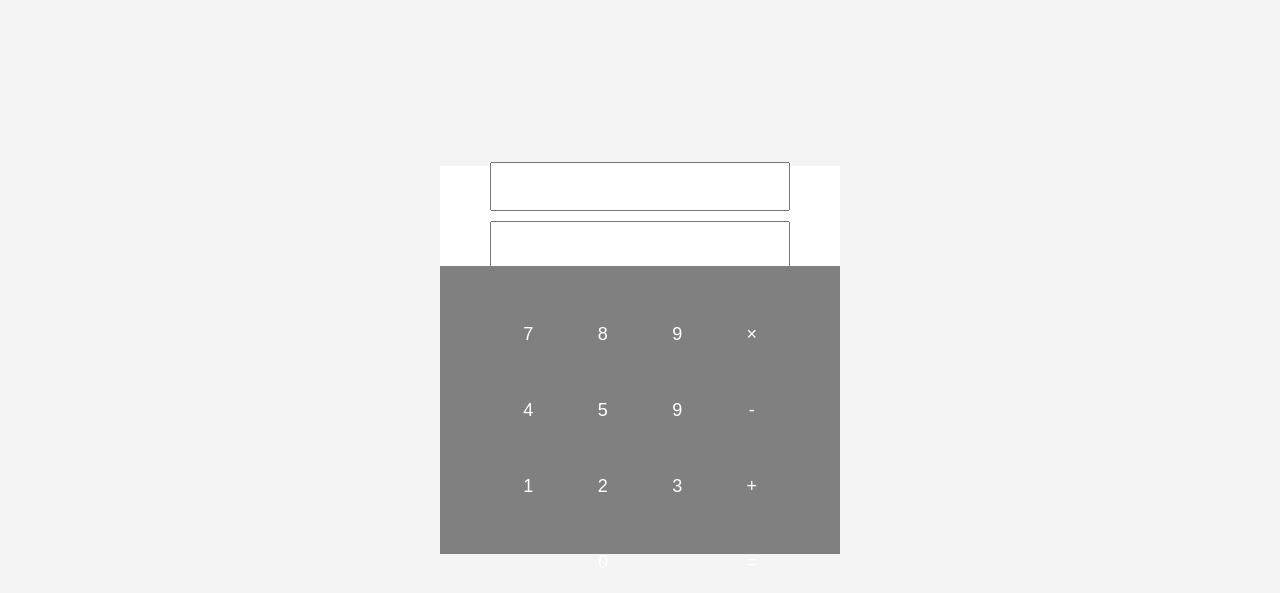
Repository: DNature/calc
Page: index.html
An editor plug-in stored every save of this project. The page is shown before and after the next save, followed by the edit.
The browser window is 1280 px wide. The pictures show the whole page.

Above is the page before, as saved 2019-11-21 00:06:32.

### index.html
<!DOCTYPE html>
<html lang="en">
  <head>
    <meta charset="UTF-8" />
    <meta name="viewport" content="width=device-width, initial-scale=1.0" />
    <meta http-equiv="X-UA-Compatible" content="ie=edge" />
    <link rel="stylesheet" href="css/style.css" />
    <title>Calculator</title>
  </head>
  <body>
    <div class="calculator">
      <div class="output">
        <input type="number" id="subField" class="display" />
        <input type="number" id="mainField" class="display" />
      </div>

      <div class="inputs">
        <div class="row">
          <button id="" class="button">C</button>
          <button id="" class="button">CE</button>
          <button id="" class="button">%</button>
          <button id="" class="button">&#247;</button>
        </div>
        <div class="row">
          <button id="" class="button">7</button>
          <button id="" class="button">8</button>
          <button id="" class="button">9</button>
          <button id="" class="button">&times;</button>
        </div>
        <div class="row">
          <button id="" class="button">4</button>
          <button id="" class="button">5</button>
          <button id="" class="button">9</button>
          <button id="" class="button">-</button>
        </div>
        <div class="row">
          <button id="" class="button">1</button>
          <button id="" class="button">2</button>
          <button id="" class="button">3</button>
          <button id="" class="button">+</button>
        </div>
        <div class="row equal">
          <button id="" class="button">0</button>
          <button id="" class="button">=</button>
        </div>
      </div>
    </div>
    <script src="./js/index.js"></script>
  </body>
</html>

### css/style.css
* {
  margin: 0;
  padding: 0;
  box-sizing: border-box;
}

body {
  font-family: Arial, Helvetica, sans-serif;
  background: #f4f4f4;
  height: 100vh;
  width: 100vw;
  display: grid;
  place-content: center;
}

.calculator {
  width: 20vw;
  background: white;
  display: grid;
  place-content: center;

  border-radius: 5px;
}

.output {
  height: 100px;
  padding: 1rem;
  background: white;
}

.inputs {
  background: grey;
  display: grid;
  place-content: center;
  height: 40vh;
}

.button {
  width: 70px;
  height: 70px;
  border-radius: 50%;
  border: none;
  outline: none;
  margin: 3px 0;
  cursor: pointer;
  background: none;
  color: white;
  font-size: 18px;
}
.button:hover {
  transition: 0.3s ease-in-out;
  background: #9595958d;
}

.button:focus {
  transition: 0.3s ease-in-out;
  background: #afafaf8d;
}

.equal {
  display: flex;
  justify-content: space-between;
}

.equal :first-child {
  margin-left: 75px;
}

.output {
  display: grid;
  place-content: center;
  width: 400px;
  padding: 0;
}

.display {
  width: 300px;
  margin: 5px;
  /* height: 20px; */
  font-size: 40px;
}

Loaded but not shown: js/index.js (no stored copy; drawn as an empty file)

After the next save:
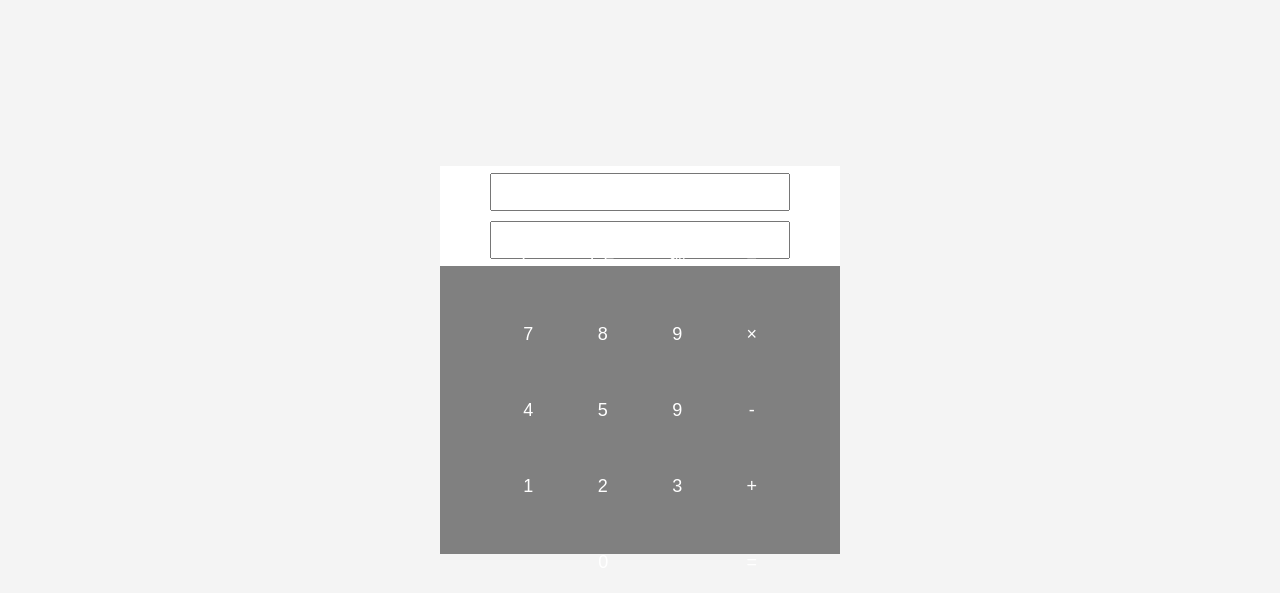
Saved 8 s later.
--- a/css/style.css
+++ b/css/style.css
@@ -77,5 +77,5 @@ body {
   width: 300px;
   margin: 5px;
   /* height: 20px; */
-  font-size: 40px;
+  font-size: 30px;
 }
